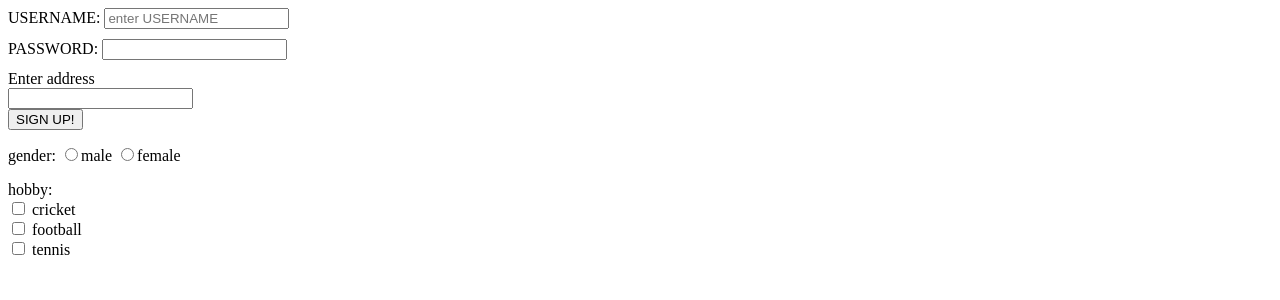
Repository: mirambialex/myform
Page: website/INDEX.HTML
These files come from the project's save history. The page is drawn as it stood at one moment and after a run of saves; the edit follows.
The browser window is 1280 px wide. The pictures show the whole page.

Above is the page before, as saved 2024-04-11 10:16:56.

After the next 2 saves:
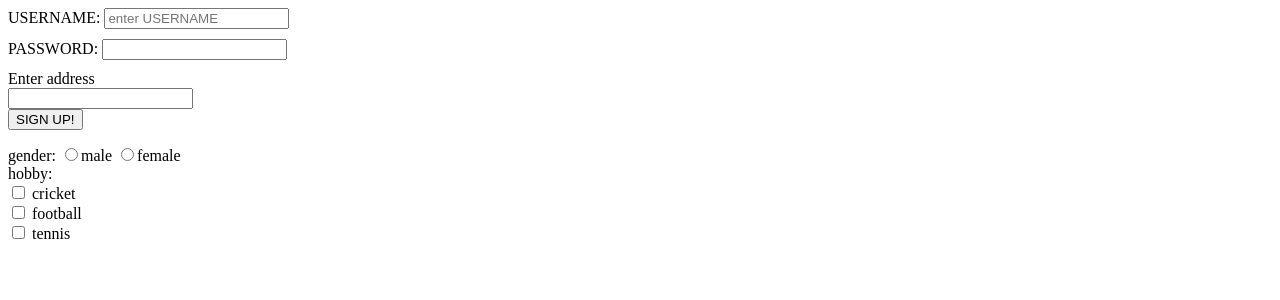
The 2 saves are shown as one change because they came seconds apart.
The last was saved 7 s later.
--- a/website/INDEX.HTML
+++ b/website/INDEX.HTML
@@ -18,7 +18,7 @@
 <INPUT type="radio" ID="GENDER" name="GENDER" VALUE="male"/>male
 <INPUT type="radio" ID="GENDER" name="GENDER" VALUE="female"/>female <br/>
 </div>
-<div class="d">
+<div class="e">
 hobby:<br>
 <input type="checkbox" id="cricket" name="cricket" value="cricket"/>
 <label for="cricket">cricket</label> <br>
